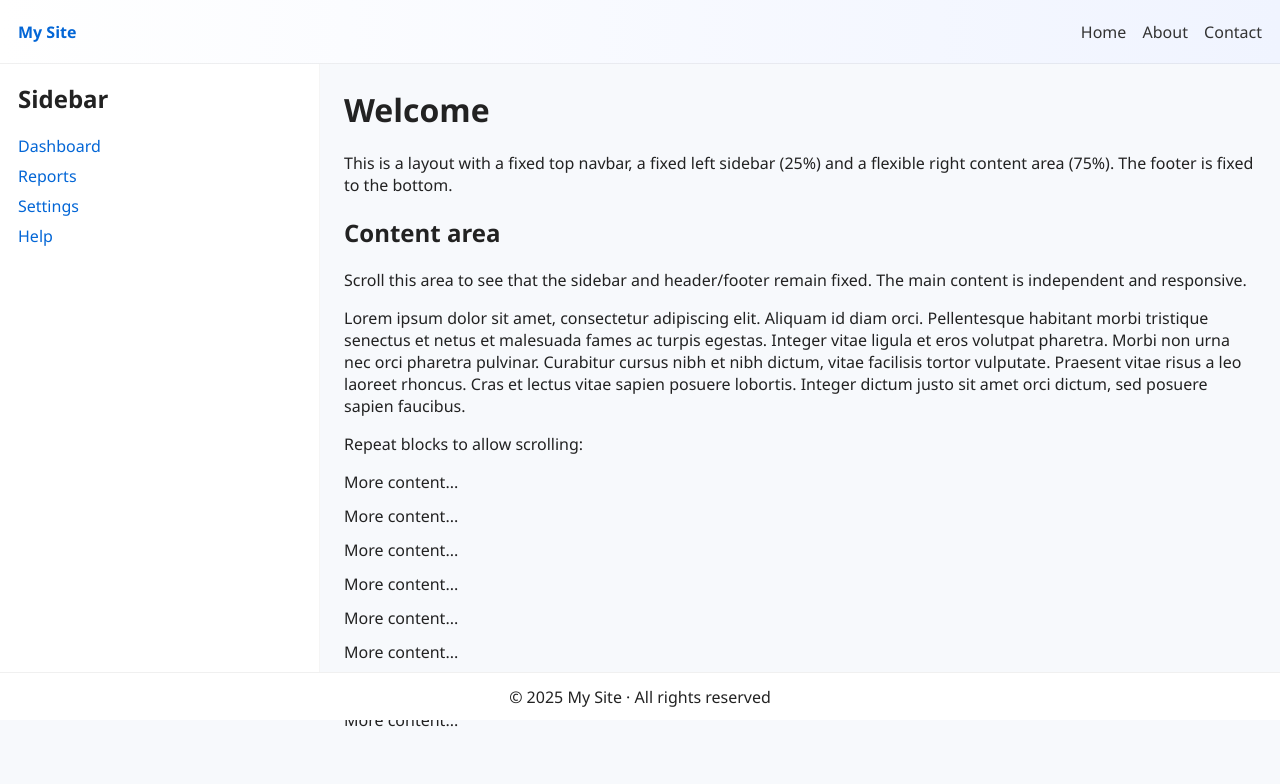
Repository: AdityaTech-Pro/FullStackWithBridgelabz
Page: Assignment8/WebPageWithFixedNavbarAndFooter/index.html
An editor plug-in stored every save of this project. The page is shown before and after the next save, followed by the edit.
The browser window is 1280 px wide. The pictures show the whole page.

Above is the page before, as saved 2025-11-05 09:18:05.

### Assignment8/WebPageWithFixedNavbarAndFooter/index.html
<!doctype html>
<html lang="en">

<head>
    <meta charset="utf-8" />
    <meta name="viewport" content="width=device-width, initial-scale=1" />
    <title>Fixed Navbar, Sidebar & Footer Layout</title>
    <link rel="stylesheet" href="styles.css">
</head>

<body>
    <header class="site-header">
        <div class="brand">My Site</div>
        <nav class="top-nav">
            <a href="#">Home</a>
            <a href="#">About</a>
            <a href="#">Contact</a>
        </nav>
    </header>

    <aside class="sidebar-left" aria-label="Primary sidebar">
        <div class="sidebar-inner">
            <h2>Sidebar</h2>
            <ul>
                <li><a href="#">Dashboard</a></li>
                <li><a href="#">Reports</a></li>
                <li><a href="#">Settings</a></li>
                <li><a href="#">Help</a></li>
            </ul>
        </div>
    </aside>

    <main class="main-content">
        <div class="content-inner">
            <h1>Welcome</h1>
            <p>This is a layout with a fixed top navbar, a fixed left sidebar (25%) and a flexible right content area (75%). The footer is fixed to the bottom.</p>

            <section>
                <h2>Content area</h2>
                <p>Scroll this area to see that the sidebar and header/footer remain fixed. The main content is independent and responsive.</p>
                <p>Lorem ipsum dolor sit amet, consectetur adipiscing elit. Aliquam id diam orci. Pellentesque habitant morbi tristique senectus et netus et malesuada fames ac turpis egestas. Integer vitae ligula et eros volutpat pharetra. Morbi non urna
                    nec orci pharetra pulvinar. Curabitur cursus nibh et nibh dictum, vitae facilisis tortor vulputate. Praesent vitae risus a leo laoreet rhoncus. Cras et lectus vitae sapien posuere lobortis. Integer dictum justo sit amet orci dictum,
                    sed posuere sapien faucibus.</p>
                <p>Repeat blocks to allow scrolling:</p>
                <div class="filler">
                    <p>More content...</p>
                    <p>More content...</p>
                    <p>More content...</p>
                    <p>More content...</p>
                    <p>More content...</p>
                    <p>More content...</p>
                    <p>More content...</p>
                    <p>More content...</p>
                </div>
            </section>
        </div>
    </main>

    <footer class="site-footer">
        <div>© 2025 My Site · All rights reserved</div>
    </footer>
</body>

</html>

### Assignment8/WebPageWithFixedNavbarAndFooter/styles.css
:root{
  --header-height: 64px;
  --footer-height: 48px;
  --sidebar-width: 25%; /* left sidebar width */
  --gap: 16px;
  --bg: #f7f9fc;
  --accent: #0366d6;
}

*{box-sizing:border-box}
html,body{height:100%;margin:0;font-family:Segoe UI, Roboto, Arial, sans-serif;background:var(--bg);color:#222}

/* Header */
.site-header{
  position:fixed;
  top:0;left:0;right:0;
  height:var(--header-height);
  background:linear-gradient(90deg,#ffffff 0%, #f0f4ff 100%);
  border-bottom:1px solid rgba(0,0,0,0.06);
  display:flex;align-items:center;justify-content:space-between;
  padding:0 18px;z-index:1000;
}
.site-header .brand{font-weight:700;color:var(--accent)}
.top-nav a{margin-left:12px;color:#333;text-decoration:none}

/* Footer */
.site-footer{
  position:fixed;left:0;right:0;bottom:0;
  height:var(--footer-height);
  background:#fff;border-top:1px solid rgba(0,0,0,0.06);
  display:flex;align-items:center;justify-content:center;padding:0 18px;z-index:1000;
}

/* Left sidebar (fixed between header & footer) */
.sidebar-left{
  position:fixed;left:0;top:var(--header-height);bottom:var(--footer-height);
  width:var(--sidebar-width);
  background:#ffffff;padding:18px;border-right:1px solid rgba(0,0,0,0.04);overflow:auto;z-index:900;
}
.sidebar-left h2{margin-top:0}
.sidebar-left ul{list-style:none;padding:0;margin:0}
.sidebar-left li{margin:8px 0}
.sidebar-left a{text-decoration:none;color:#0366d6}

/* Main content (to the right, flexible) */
.main-content{
  margin-left:var(--sidebar-width);
  margin-top:var(--header-height);
  margin-bottom:var(--footer-height);
  padding:24px;min-height:calc(100vh - var(--header-height) - var(--footer-height));
  /* make main scroll if content overflows */
  overflow:auto;
}
.content-inner{max-width:1100px;margin:0 auto;background:transparent}

.filler p{margin:12px 0}

/* Small visual helpers */
h1{margin-top:0}

/* Responsive: collapse sidebar for narrow viewports */
@media (max-width:900px){
  :root{--sidebar-width:280px}
}
@media (max-width:700px){
  /* Move sidebar to top as a collapsible block */
  .sidebar-left{position:relative;top:0;left:0;width:100%;height:auto;border-right:0;border-bottom:1px solid rgba(0,0,0,0.06);}
  .main-content{margin-left:0}
  .site-header{padding:0 12px}
}

/* Small touches for keyboard focus */
a:focus{outline:2px dashed rgba(3,102,214,0.4);outline-offset:2px}

After the next save:
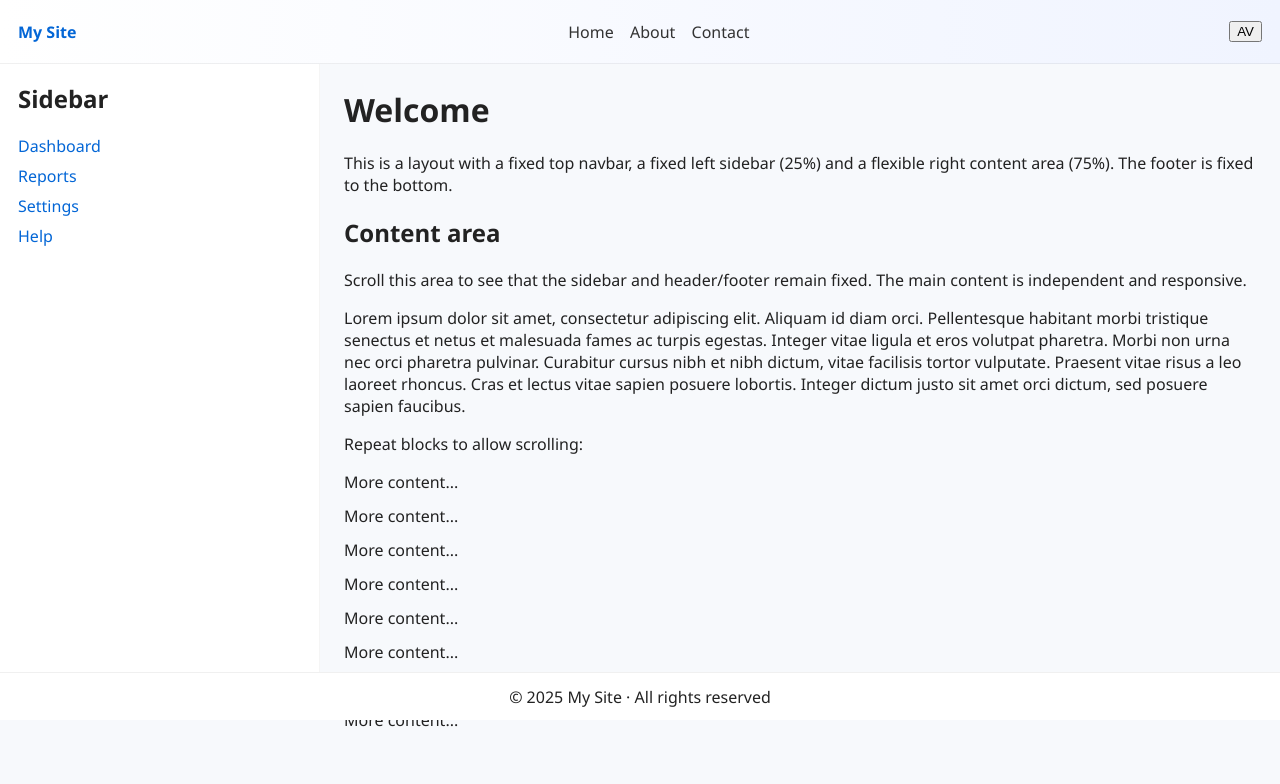
Saved 4 min 5 s later.
--- a/Assignment8/WebPageWithFixedNavbarAndFooter/index.html
+++ b/Assignment8/WebPageWithFixedNavbarAndFooter/index.html
@@ -16,6 +16,8 @@
             <a href="#">About</a>
             <a href="#">Contact</a>
         </nav>
+        <!-- Profile circle (initials shown if no image) -->
+        <button class="profile" title="User menu" aria-label="User menu">AV</button>
     </header>
 
     <aside class="sidebar-left" aria-label="Primary sidebar">
